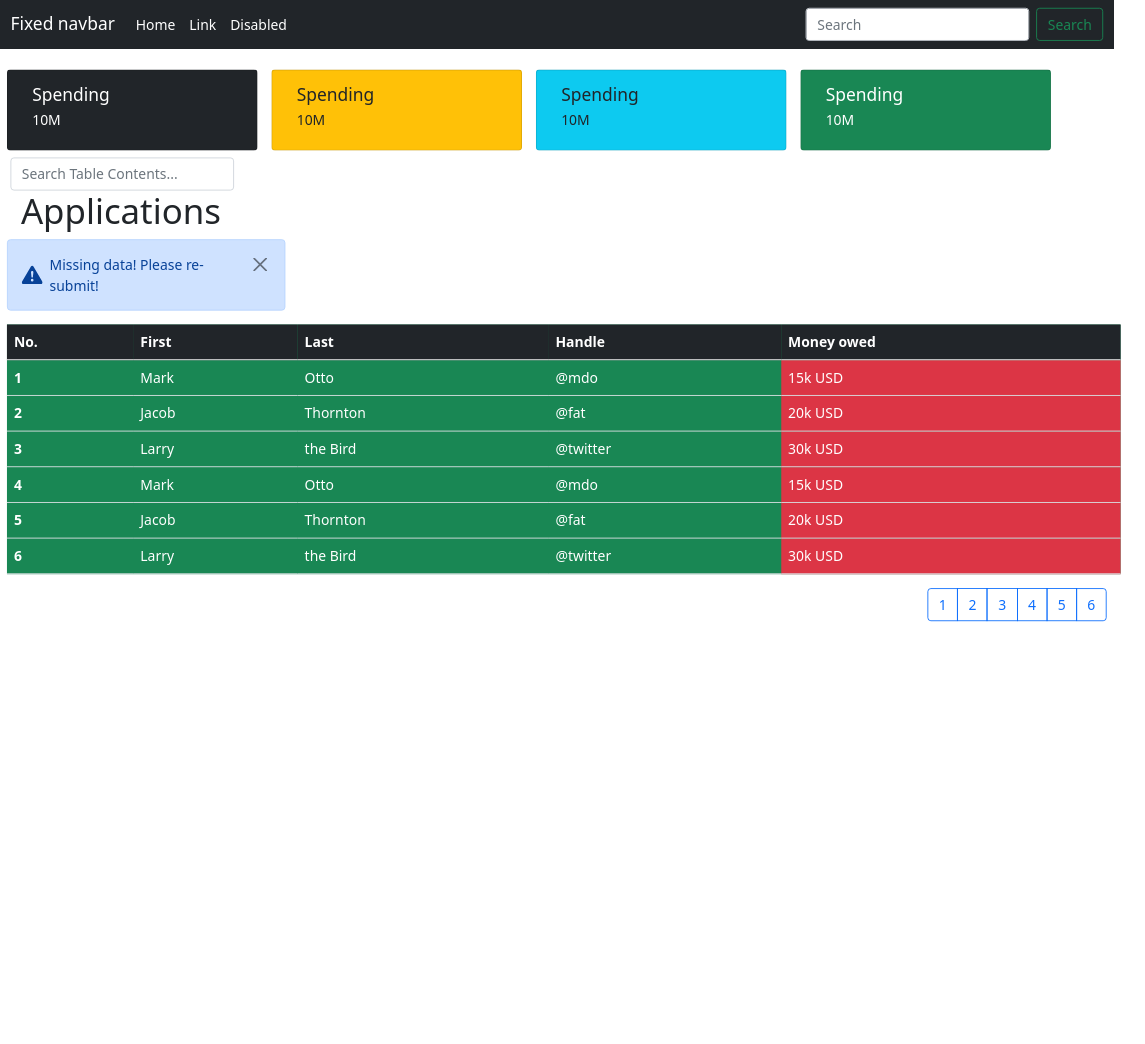
Repository: Dayvid0/BOOTSTRAP-TUTORIALS
Page: BOOTSTRAP-GRID-LAYOUTS/zylo.html
These files come from the project's save history. The page is drawn as it stood at one moment and after the next save; the edit follows.
The browser window is 1280 px wide. The page is 1316 px wide, so the pictures cover 1316 px, including what lies to the right of the window. The pictures show the whole page, at 87% of full size.

Above is the page before, as saved 2025-02-01 08:55:28.

### BOOTSTRAP-GRID-LAYOUTS/zylo.html
<!doctype html>
<html lang="en">
  <head>
    <!-- Required meta tags -->
    <meta charset="utf-8">
    <meta name="viewport" content="width=device-width, initial-scale=1">
    <!-- Bootstrap CSS -->
    <link href="https://cdn.jsdelivr.net/npm/bootstrap@5.0.2/dist/css/bootstrap.min.css" rel="stylesheet" integrity="sha384-EVSTQN3/azprG1Anm3QDgpJLIm9Nao0Yz1ztcQTwFspd3yD65VohhpuuCOmLASjC" crossorigin="anonymous">
    <title>ZYLO</title>
    <style>
      body {
      min-height: 75rem;
      padding-top: 4.5rem;
}
    </style>
  </head>
  <body>
    <div class="container-fluid">
      <div class="row ">
        <div class="card m-2 col-md-3 bg-dark text-white" style="width: 18rem;">
          <div class="card-body">
            <h5 class="card-title">Spending</h5>
            <h6>10M</h6>
          </div>
        </div>
        <div class="card m-2 col-md-3 bg-warning" style="width: 18rem;">
          <div class="card-body">
            <h5 class="card-title">Spending</h5>
            <h6>10M</h6>
          </div>
        </div>
        <div class="card m-2 col-md-3 bg-info" style="width: 18rem;">
          <div class="card-body">
            <h5 class="card-title">Spending</h5>
            <h6>10M</h6>
          </div>
        </div>
        <div class="card m-2 col-md-3 bg-success text-white" style="width: 18rem;">
          <div class="card-body">
            <h5 class="card-title">Spending</h5>
            <h6>10M</h6>
          </div>
        </div>
      </div>
    </div>
    <nav class="navbar navbar-expand-md navbar-dark fixed-top bg-dark">
      <div class="container-fluid">
        <a class="navbar-brand" href="#">Fixed navbar</a>
        <button class="navbar-toggler" type="button" data-bs-toggle="collapse" data-bs-target="#navbarCollapse" aria-controls="navbarCollapse" aria-expanded="false" aria-label="Toggle navigation">
          <span class="navbar-toggler-icon"></span>
        </button>
        <div class="collapse navbar-collapse" id="navbarCollapse">
          <ul class="navbar-nav me-auto mb-2 mb-md-0">
            <li class="nav-item">
              <a class="nav-link active" aria-current="page" href="#">Home</a>
            </li>
            <li class="nav-item">
              <a class="nav-link active" href="#">Link</a>
            </li>
            <li class="nav-item">
              <a class="nav-link active" href="#" tabindex="-1" aria-disabled="true">Disabled</a>
            </li>
          </ul>
          <form class="d-flex">
            <input class="form-control me-2" type="search" placeholder="Search" aria-label="Search">
            <button class="btn btn-outline-success" type="submit">Search</button>
          </form>
        </div>
      </div>
    </nav>
      <div class="row">
        <input class="form-control  mx-4 w-auto " type="search" placeholder="Search Table Contents..." aria-label="Search">
        <h1 class="mx-4">Applications</h1>
      </div>
      <!--Alerts-->
      <div class="alert alert-primary d-flex align-items-left  w-25 mx-2" role="alert">
        <div class="d-flex align-items-center w-">
            <svg xmlns="http://www.w3.org/2000/svg" width="24" height="24" fill="currentColor" class="bi bi-exclamation-triangle-fill flex-shrink-0 me-2" viewBox="0 0 16 16" role="img" aria-label="Warning:">
                <path d="M8.982 1.566a1.13 1.13 0 0 0-1.96 0L.165 13.233c-.457.778.091 1.767.98 1.767h13.713c.889 0 1.438-.99.98-1.767L8.982 1.566zM8 5c.535 0 .954.462.9.995l-.35 3.507a.552.552 0 0 1-1.1 0L7.1 5.995A.905.905 0 0 1 8 5zm.002 6a1 1 0 1 1 0 2 1 1 0 0 1 0-2z"/>
            </svg>
            <div>
                Missing data! Please re-submit!
            </div>
        </div>
        <button type="button" class="btn-close ms-auto" data-bs-dismiss="alert" aria-label="Close"></button>
    </div>
      <!--End of alerts-->
    <table class="table table-hover mx-2 bg-success text-white">
      <thead class="bg-dark text-white">
        <tr >
          <th scope="col">No.</th>
          <th scope="col">First</th>
          <th scope="col">Last</th>
          <th scope="col">Handle</th>
          <th scope="col">Money owed</th>
        </tr>
      </thead>
      <tbody>
        <tr>
          <th scope="row">1</th>
          <td>Mark</td>
          <td>Otto</td>
          <td>@mdo</td>
          <td class="bg-danger">15k USD</td>
        </tr>
        <tr>
          <th scope="row">2</th>
          <td>Jacob</td>
          <td>Thornton</td>
          <td>@fat</td>
          <td class="bg-danger">20k USD</td>
        </tr>
        <tr>
          <th scope="row">3</th>
          <td >Larry </td>
          <td>the Bird</td>
          <td>@twitter</td>
          <td class="bg-danger">30k USD</td>
        </tr>
        <tr>
          <th scope="row">4</th>
          <td>Mark</td>
          <td>Otto</td>
          <td>@mdo</td>
          <td class="bg-danger">15k USD</td>
        </tr>
        <tr>
          <th scope="row">5</th>
          <td>Jacob</td>
          <td>Thornton</td>
          <td>@fat</td>
          <td class="bg-danger">20k USD</td>
        </tr>
        <tr>
          <th scope="row">6</th>
          <td>Larry </td>
          <td>the Bird</td>
          <td>@twitter</td>
          <td class="bg-danger">30k USD</td>
        </tr>
      </tbody>
    </table>
    <div class="d-flex justify-content-end m-2">
    <div class="btn-group" role="group" aria-label="Basic example">
      <button type="button" class="btn btn-outline-primary">1</button>
      <button type="button" class="btn btn-outline-primary ">2</button>
      <button type="button" class="btn btn-outline-primary">3</button>
      <button type="button" class="btn btn-outline-primary">4</button>
      <button type="button" class="btn btn-outline-primary ">5</button>
      <button type="button" class="btn btn-outline-primary">6</button>
    </div>
  </div>
    <script src="https://cdn.jsdelivr.net/npm/bootstrap@5.0.2/dist/js/bootstrap.bundle.min.js" integrity="sha384-MrcW6ZMFYlzcLA8Nl+NtUVF0sA7MsXsP1UyJoMp4YLEuNSfAP+JcXn/tWtIaxVXM" crossorigin="anonymous"></script>
  </body>
</html>

After the next save:
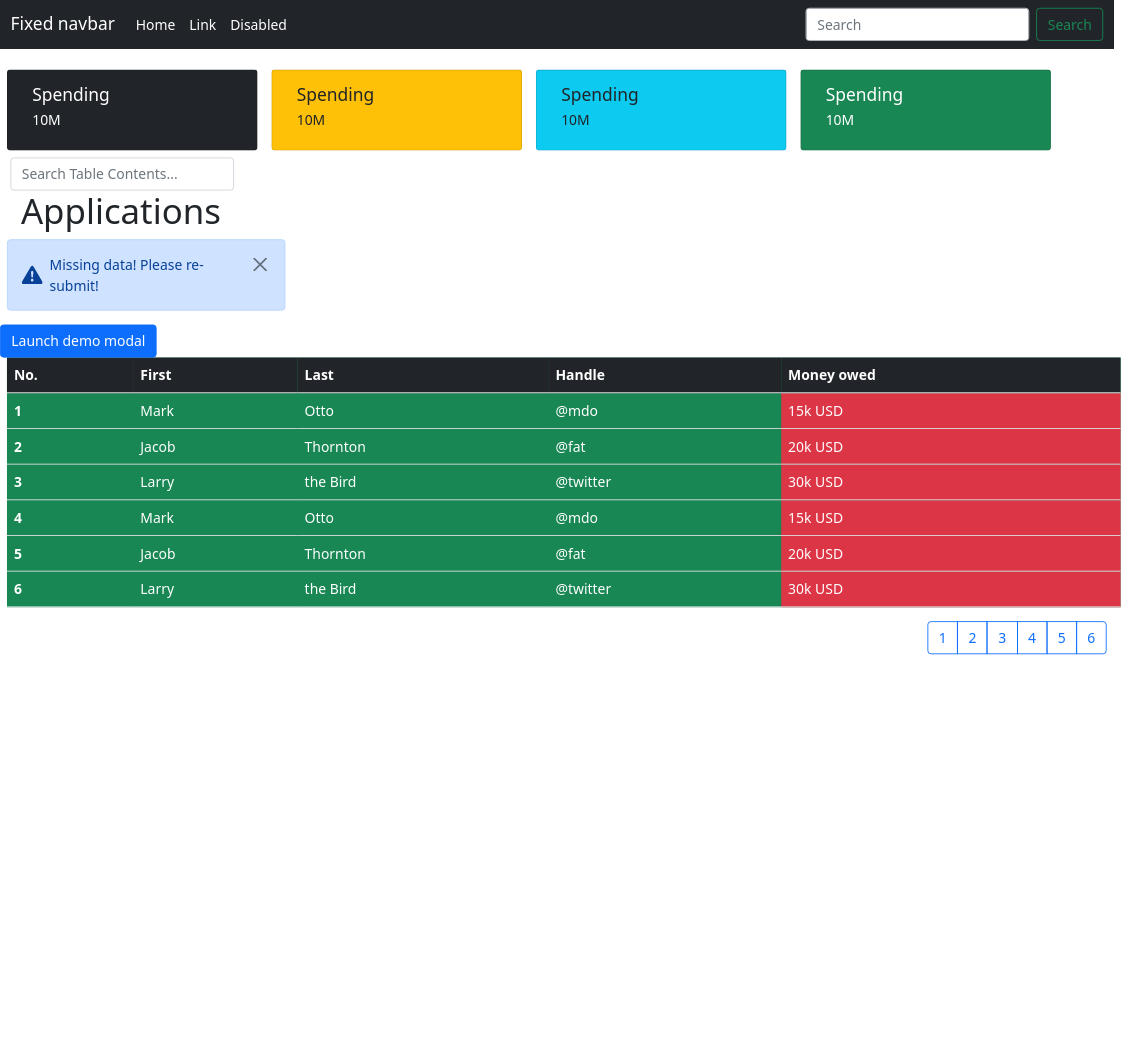
Saved 21 min 55 s later.
--- a/BOOTSTRAP-GRID-LAYOUTS/zylo.html
+++ b/BOOTSTRAP-GRID-LAYOUTS/zylo.html
@@ -85,6 +85,28 @@
         <button type="button" class="btn-close ms-auto" data-bs-dismiss="alert" aria-label="Close"></button>
     </div>
       <!--End of alerts-->
+      <!-- Button trigger modal -->
+<button type="button" class="btn btn-primary" data-bs-toggle="modal" data-bs-target="#exampleModal">
+  Launch demo modal
+</button>
+<!-- Modal -->
+<div class="modal fade" id="exampleModal" tabindex="-1" aria-labelledby="exampleModalLabel" aria-hidden="true">
+  <div class="modal-dialog">
+    <div class="modal-content">
+      <div class="modal-header">
+        <h5 class="modal-title" id="exampleModalLabel">Modal title</h5>
+        <button type="button" class="btn-close" data-bs-dismiss="modal" aria-label="Close"></button>
+      </div>
+      <div class="modal-body">
+        ...
+      </div>
+      <div class="modal-footer">
+        <button type="button" class="btn btn-secondary" data-bs-dismiss="modal">Close</button>
+        <button type="button" class="btn btn-primary">Save changes</button>
+      </div>
+    </div>
+  </div>
+</div>
     <table class="table table-hover mx-2 bg-success text-white">
       <thead class="bg-dark text-white">
         <tr >

After the save that followed:
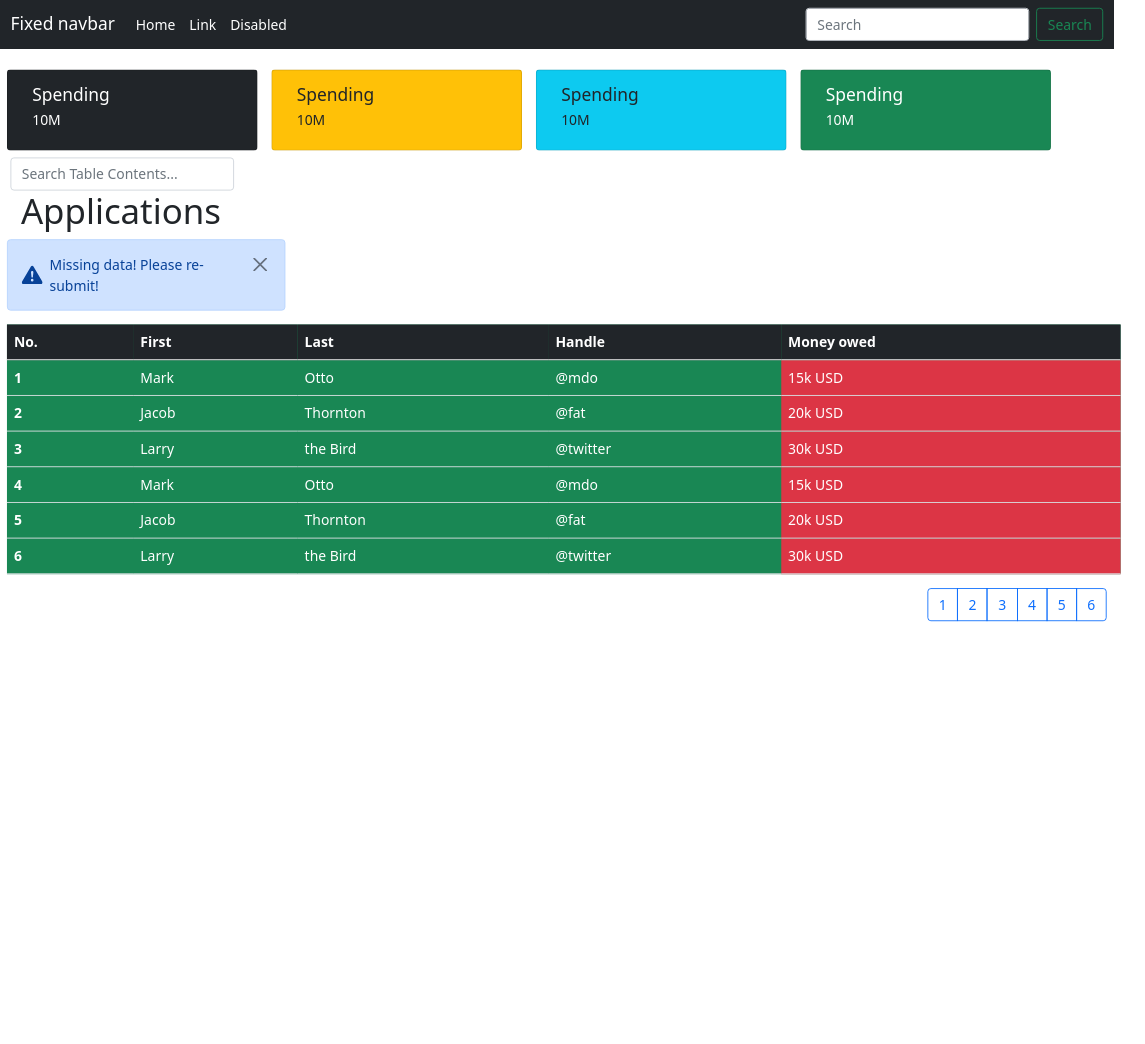
Saved 115 s later.
--- a/BOOTSTRAP-GRID-LAYOUTS/zylo.html
+++ b/BOOTSTRAP-GRID-LAYOUTS/zylo.html
@@ -85,28 +85,6 @@
         <button type="button" class="btn-close ms-auto" data-bs-dismiss="alert" aria-label="Close"></button>
     </div>
       <!--End of alerts-->
-      <!-- Button trigger modal -->
-<button type="button" class="btn btn-primary" data-bs-toggle="modal" data-bs-target="#exampleModal">
-  Launch demo modal
-</button>
-<!-- Modal -->
-<div class="modal fade" id="exampleModal" tabindex="-1" aria-labelledby="exampleModalLabel" aria-hidden="true">
-  <div class="modal-dialog">
-    <div class="modal-content">
-      <div class="modal-header">
-        <h5 class="modal-title" id="exampleModalLabel">Modal title</h5>
-        <button type="button" class="btn-close" data-bs-dismiss="modal" aria-label="Close"></button>
-      </div>
-      <div class="modal-body">
-        ...
-      </div>
-      <div class="modal-footer">
-        <button type="button" class="btn btn-secondary" data-bs-dismiss="modal">Close</button>
-        <button type="button" class="btn btn-primary">Save changes</button>
-      </div>
-    </div>
-  </div>
-</div>
     <table class="table table-hover mx-2 bg-success text-white">
       <thead class="bg-dark text-white">
         <tr >
